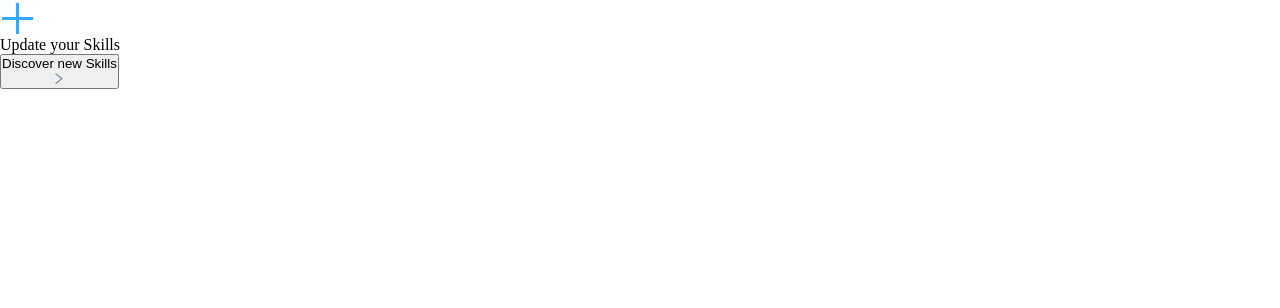
Repository: shekharyadav638/OSL_Assignment_1
Page: index.html
The author's editor kept a copy of each file at every save. The page is drawn from the files as they stood at one save, then again after the next save.
The browser window is 1280 px wide. The pictures show the whole page.
The style sheet was rebuilt from its Sass, Less or Tailwind sources for each picture, by a compiler version that may differ from the author's.

Above is the page before, as saved 2024-07-14 22:30:20.

After the next save:
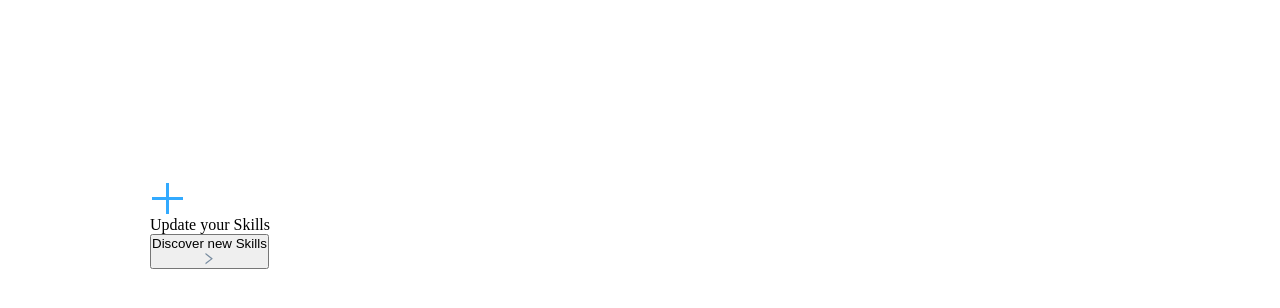
Saved 30 s later.
--- a/_career.scss
+++ b/_career.scss
@@ -1,3 +1,6 @@
 .career {
-  margin-top: 180x;
+  margin: 180px 150px;
+  margin-bottom: 0;
+  height: 308px;
+  width: 270px;
 }
